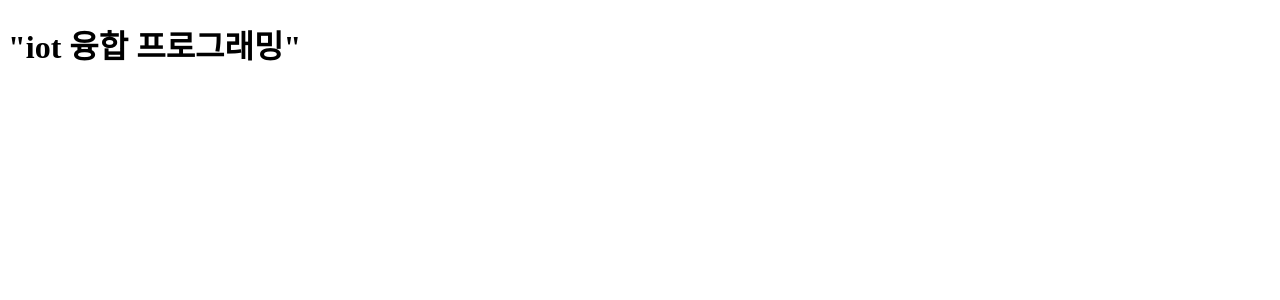
Repository: bbiot317/JSP
Page: http://localhost/Study02/
An editor plug-in stored every save of this project. The page is shown before and after the next save, followed by the edit.
The browser window is 1280 px wide. The pictures show the whole page.
The page is served by Tomcat 9.

Above is the page before, as saved 2022-05-30 02:18:42.

After the next save:
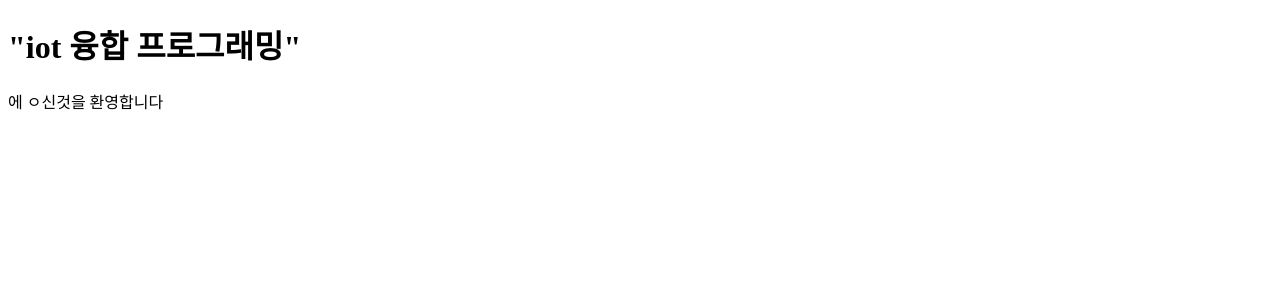
Saved 55 s later.
--- a/Study02/src/main/webapp/index.jsp
+++ b/Study02/src/main/webapp/index.jsp
@@ -8,5 +8,6 @@
 </head>
 <body>
 	<h1>"iot 융합 프로그래밍"</h1>
+	<% out.print("에 ㅇ신것을 환영합니다"); %>
 </body>
 </html>
